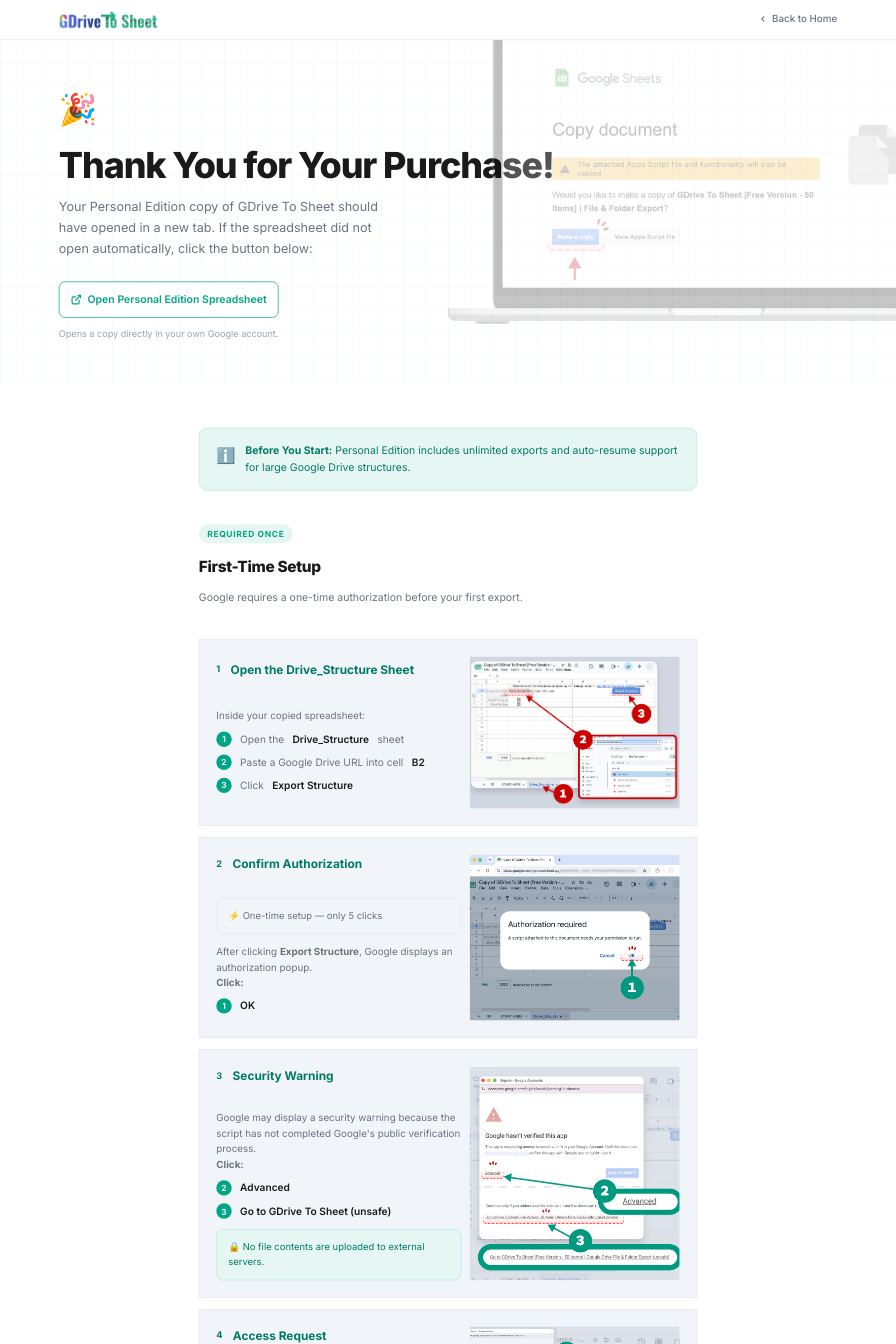
Repository: toishitool/gdrive-to-sheet
Page: personal-thanks.html
These files come from the project's save history. The page is drawn as it stood at one moment and after the next save; the edit follows.
The browser window is 1280 px wide. The pictures show the part of the page from y = 0 to 1920 px (the page is 3724 px tall), at 70% of full size.

Above is the page before, as saved 2026-06-24 20:56:36.

### personal-thanks.html
<!DOCTYPE html>
<html lang="en" class="scroll-smooth">

<head>
  <meta charset="UTF-8" />
  <meta name="viewport" content="width=device-width, initial-scale=1.0" />
  <title>Welcome to GDrive To Sheet Personal Edition</title>
  <meta name="description"
    content="Your Personal Edition copy of GDrive To Sheet is ready. Complete the one-time Google authorization and start exporting unlimited Google Drive folder structures." />
  <meta name="robots" content="noindex,nofollow" />
  <link rel="preconnect" href="https://fonts.googleapis.com" />
  <link rel="preconnect" href="https://fonts.gstatic.com" crossorigin />
  <link href="https://fonts.googleapis.com/css2?family=Inter:wght@300;400;500;600;700;800&display=swap"
    rel="stylesheet" />
  <link rel="stylesheet" href="style.css" />
  <link href="https://fonts.googleapis.com/css2?family=Inter:wght@300;400;500;600;700;800&display=swap"
    rel="stylesheet" />
  <link rel="stylesheet" href="https://cdnjs.cloudflare.com/ajax/libs/font-awesome/6.0.0/css/all.min.css">

</head>

<body>

  <div id="header-container"></div>


  <main>

    <!-- HERO / CONFIRMATION -->
    <section class="hero grid-bg" style="padding: 64px 0 64px;">
      <img src="images/free-download-window.png" alt="Google Sheet Copy Document Interface" style="
    position: absolute;
    top: 35%;
    left: 80%;
    transform: translate(-50%, -50%);
    width: 60%;
    height: auto;
    opacity: 0.25;
    z-index: 0;
    pointer-events: none;
  ">

      <div class="container">
        <div class="celebrate-icon">🎉</div>
        <h1>Thank You for Your Purchase!</h1>
        <p class="sub">Your Personal Edition copy of GDrive To Sheet should have opened in a new tab.
          If the spreadsheet did not open automatically, click the button below:</p>

        <a href=" https://docs.google.com/spreadsheets/d/1VDzwA3ShMtFhtawjxXsAX3e5eGQdUEpiThRC9teeUPc/copy"
          class="btn btn-secondary open-trial-btn">
          <svg width="16" height="16" fill="none" stroke="currentColor" stroke-width="2.5" viewBox="0 0 24 24">
            <path d="M18 13v6a2 2 0 0 1-2 2H5a2 2 0 0 1-2-2V8a2 2 0 0 1 2-2h6" />
            <polyline points="15 3 21 3 21 9" />
            <line x1="10" y1="14" x2="21" y2="3" />
          </svg>
          Open Personal Edition Spreadsheet
        </a>
        <p class="open-note">Opens a copy directly in your own Google account.</p>
      </div>
    </section>

    <div class="page-wrap" style="padding-bottom: 0;">
      <div class="container" style="padding: 0;">

        <!-- Before You Start -->
        <div class="info-banner">
          <span class="icon">ℹ️</span>
          <p><strong>Before You Start:</strong> Personal Edition includes unlimited exports and auto-resume support for
            large Google Drive structures.
          </p>
        </div>

        <!-- First-Time Setup -->
        <div class="section">
          <span class="eyebrow">Required Once</span>
          <h2>First-Time Setup</h2>
          <p>Google requires a one-time authorization before your first export.</p>
        </div>

        <!-- Step 1 -->
        <div class="step-card" data-step="0">
          <div class="step-card-head">
            <div class="step-num">1</div>
            <h3>Open the Drive_Structure Sheet</h3>
          </div>
          <div class="step-image-wrapper" onclick="openModal(0)">
            <img src="images/allow01.png" alt="Step 1">
          </div>
          <div class="step-text-content">
            <p>Inside your copied spreadsheet:</p>
            <ol class="ordered-list">
              <li>Open the <strong>Drive_Structure</strong> sheet</li>
              <li>Paste a Google Drive URL into cell <strong>B2</strong></li>
              <li>Click <strong>Export Structure</strong></li>
            </ol>
          </div>
        </div>

        <div class="step-card" data-step="1">

          <div class="step-card-head">

            <div class="step-num">2</div>
            <h3>Confirm Authorization</h3>
          </div>
          <div class="step-image-wrapper" onclick="openModal(1)">
            <img src="images/allow02.png" alt="Step 2">
          </div>
          <div class="step-text-content">
            <div class="note-callout" style="margin: 0 0 14px 0;">
              ⚡ One-time setup — only 5 clicks
            </div>
            <p>After clicking <strong>Export Structure</strong>, Google displays an authorization popup.</p>

            <p><strong>Click:</strong></p>

            <ol class="ordered-list">
              <li><strong>OK</strong></li>
            </ol>


          </div>
        </div>

        <div class="step-card" data-step="2">
          <div class="step-card-head">
            <div class="step-num">3</div>
            <h3>Security Warning</h3>
          </div>
          <div class="step-image-wrapper" onclick="openModal(2)">
            <img src="images/allow03.png" alt="Step 3">
          </div>
          <div class="step-text-content">
            <p>Google may display a security warning because the script has not completed Google's public verification
              process.</p>

            <p><strong>Click:</strong></p>

            <ol class="ordered-list" style="counter-reset: step-list 1;">
              <li><strong>Advanced</strong></li>
              <li><strong>Go to GDrive To Sheet (unsafe)</strong></li>
            </ol>

            <div class="note-callout privacy">
              🔒 No file contents are uploaded to external servers.
            </div>
          </div>
        </div>

        <div class="step-card" data-step="3">
          <div class="step-card-head">
            <div class="step-num">4</div>
            <h3>Access Request</h3>
          </div>
          <div class="step-image-wrapper" onclick="openModal(3)">
            <img src="images/allow04.png" alt="Step 4">
          </div>
          <div class="step-text-content">
            <p>Grant the required permissions for Google Drive metadata access and spreadsheet output.</p>

            <p><strong>Click:</strong></p>

            <ol class="ordered-list" style="counter-reset: step-list 3;">
              <li><strong>Select all</strong></li>
              <li><strong>Continue</strong></li>
            </ol>

            <div class="note-callout">
              🚀 After clicking <strong>Continue</strong>, wait approximately 5 seconds.<br>
              The export process will start automatically without additional actions.
            </div>
          </div>

        </div>
        <!-- Before You Start -->
        <div class="info-banner">
          <span class="icon">ℹ️</span>
          <div>
            <p><strong>Why is Google showing a warning?</strong></p>
            <p>Google displays this message for many independent Apps Script tools that have not completed Google's
              public verification process.
            </p>
            <p>The authorization simply allows the spreadsheet to access your Drive and write the export results.
            </p>
            <p>🔒 No file contents are uploaded to external servers.
            </p>
          </div>
        </div>


        <div class="info-banner">
  <span class="icon">🎉</span>
  <div>
    <p><strong>Personal Edition Activated</strong></p>

    <p>
      Your copy includes unlimited exports,
      auto-resume processing,
      and support for very large Google Drive structures.
    </p>

    <p>
      No additional license activation is required.
      Simply complete the Google authorization once and start exporting.
    </p>
  </div>
</div>


        <!-- Free Trial Limitations -->
        <div class="section" style="margin-top:48px;">
          <h2>Your Personal Edition Includes</h2>
        </div>
        <div class="limit-table" style="margin-bottom:48px;">
          <div class="limit-row yes"><span class="li-icon">✅</span> Unlimited exports</div>
          <div class="limit-row yes"><span class="li-icon">✅</span> Auto-resume processing</div>
          <div class="limit-row yes"><span class="li-icon">✅</span> Folder hierarchy generation</div>
          <div class="limit-row yes"><span class="li-icon">✅</span> Large dataset support</div>
          <div class="limit-row yes"><span class="li-icon">✅</span> Lifetime license</div>
          <div class="limit-row yes"><span class="li-icon">✅</span> Single-user license</div>
        </div>

        <!-- Need Help -->
        <div class="section">
          <h2>Need Help?</h2>
        </div>
        <div class="help-card" style="margin-bottom:56px;">
          <h3>✉️ Contact Support</h3>
          <p>If you experience any issues during setup or authorization, please contact support and include:</p>
          <ul class="help-checklist">
            <li>Product edition (Personal Edition)</li>
            <li>Error message text (if available)</li>
            <li>Relevant screenshots (if applicable)</li>
            <li>Google account type (Personal or Workspace)</li>
          </ul>
          <p style="margin-bottom:0;">We will be happy to help. <a href="mailto:toishitool@gmail.com"
              style="color:var(--green);font-weight:600;text-decoration:none;border-bottom:1px solid rgba(0,165,134,0.3);">toishitool@gmail.com</a>
          </p>
        </div>


      </div>
    </div>

  </main>


  <div id="footer-container"></div>
  <script src="js/common.js"></script>

  <!-- ステップ詳細モーダル -->
  <div id="step-modal" style="display: none;" class="modal-overlay" onclick="if (event.target === this) closeModal();">
    <div class="modal-content">
      <!-- 右上の閉じるボタン -->
      <span class="close-btn" onclick="closeModal()" role="button" tabindex="0" aria-label="閉じる">&times;</span>
      <!-- 左右のナビゲーションボタン -->
      <button class="nav-btn prev-btn" onclick="navigateStep(-1)" aria-label="前のステップ">
        <i class="fas fa-chevron-left"></i> </button>
      <button class="nav-btn next-btn" onclick="navigateStep(1)" aria-label="次のステップ">
        <i class="fas fa-chevron-right"></i> </button>
      <!-- 画像 -->
      <img id="modal-img" src="" alt="">
      <!-- 見出し＋補足文言（縦積み） -->



      <div class="modal-text-area">
        <h3 id="modal-title"></h3>
        <p id="modal-body"></p>
      </div>
      <div class="progress-container">
        <div class="progress-bar" id="progress-bar"></div>
      </div>
    </div>
  </div>


</body>

</html>

### header.html
<nav aria-label="Main navigation">
  <div class="nav-inner">
    <a href="index.html" class="nav-logo">
      <img src="images/logo_gdrivetosheet.png" alt="GDrive To Sheet" />
    </a>
    <a href="index.html" class="nav-back hover-underline">
      <svg width="14" height="14" fill="none" stroke="currentColor" stroke-width="2.5" viewBox="0 0 24 24"><polyline points="15 18 9 12 15 6"/></svg>
      Back to Home
    </a>
  </div>
</nav>

### footer.html
<footer role="contentinfo" class="footer">
  <div class="container">
    <div class="footer-inner">
      <a href="index.html" class="footer-logo">
        <img src="images/logo_gdrivetosheet_dk.png" alt="GDrive To Sheet Home" />
      </a>

      <div class="footer-links">
        <a href="privacy-policy.html">Privacy Policy</a>
        <a href="terms.html">Terms of Use</a>
        <a href="license.html">License Terms</a>
        <a href="refund-policy.html">Refund Policy</a>
        <a href="contact.html">Contact</a>
        <a href="support.html">Support &amp; FAQ</a>
      </div>

      <div class="footer-bottom-text">
        <span class="footer-copy">Independent software by ToishiTool</span>
        <span class="footer-copy">
          © <span id="year"></span> ToishiTool. All rights reserved.
        </span>

        <script>
          document.getElementById("year").textContent =
            new Date().getFullYear();
        </script>
      </div>
    </div>
  </div>
</footer>

Loaded but not shown: js/common.js (157 lines, source omitted); style.css (3459 lines, source omitted)

After the next save:
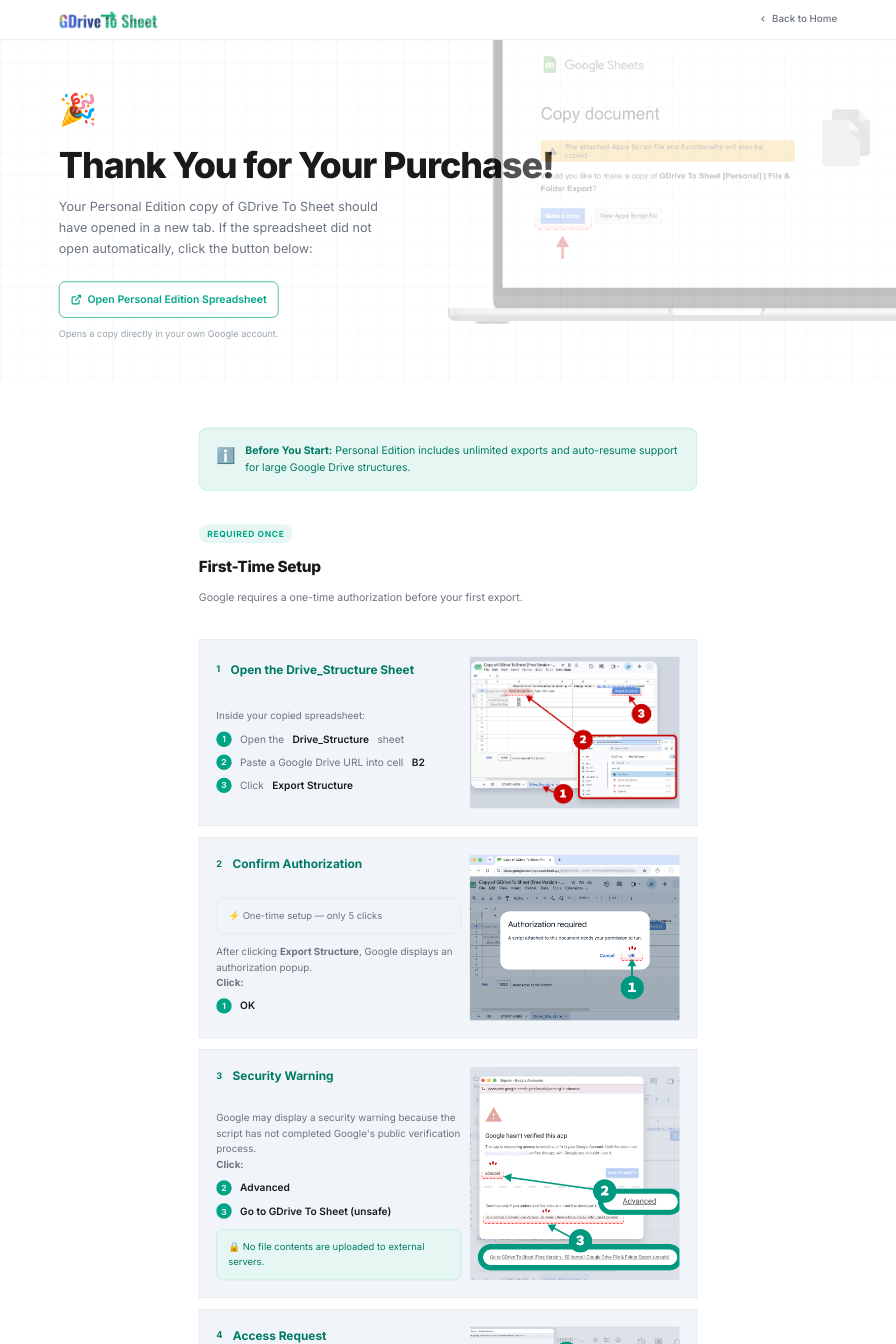
Saved 10 min 17 s later.
--- a/personal-thanks.html
+++ b/personal-thanks.html
@@ -28,7 +28,7 @@
 
     <!-- HERO / CONFIRMATION -->
     <section class="hero grid-bg" style="padding: 64px 0 64px;">
-      <img src="images/free-download-window.png" alt="Google Sheet Copy Document Interface" style="
+      <img src="images/personal-download-window.png" alt="Google Sheet Copy Document Interface" style="
     position: absolute;
     top: 35%;
     left: 80%;
